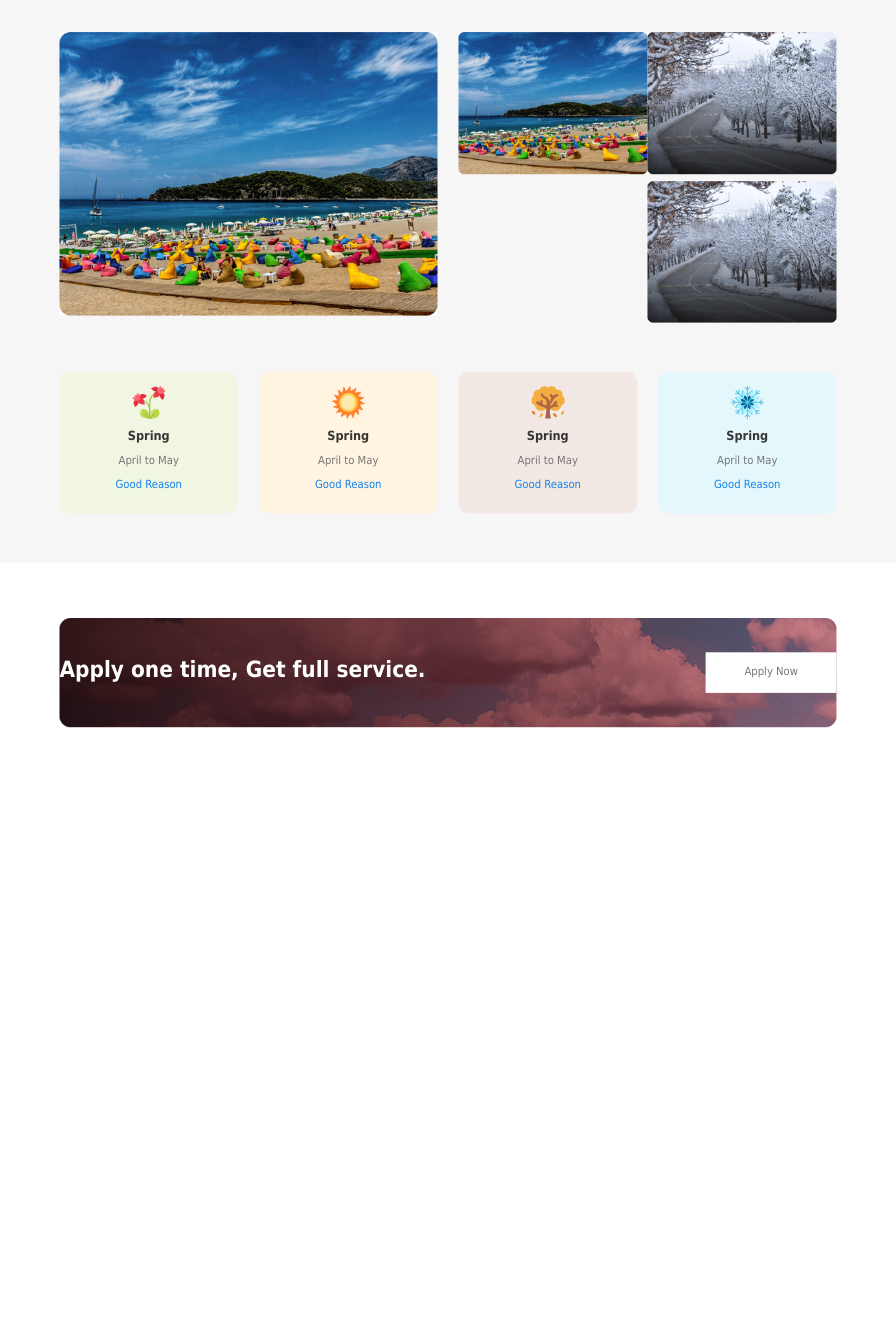
Repository: cvminhquan/turkey
Page: index.html
The author's editor kept a copy of each file at every save. The page is drawn from the files as they stood at one save, then again after the next save.
The browser window is 1280 px wide. The pictures show the part of the page from y = 3007 to 4927 px (the page is 30000 px tall), at 70% of full size.
The style sheet was rebuilt from its Sass, Less or Tailwind sources for each picture, by a compiler version that may differ from the author's.

Above is the page before, as saved 2022-09-15 23:04:37.

After the next save:
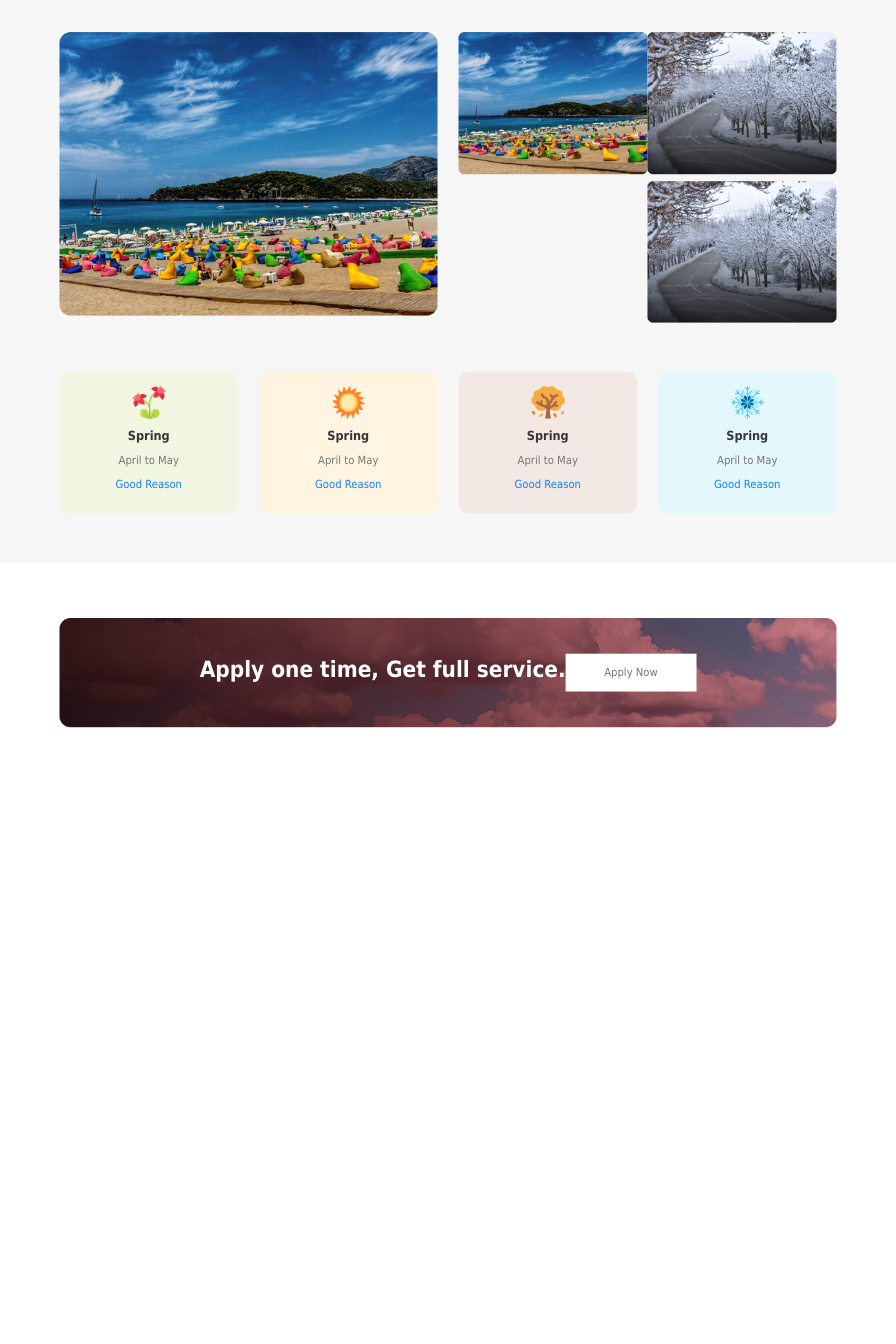
Saved 2 min 27 s later.
--- a/index.html
+++ b/index.html
@@ -244,7 +244,7 @@
         <section id="whychooseus" class="whychooseus">
             <div>
                 <div class="container">
-                    <div class="ad-infor d-flex justify-content-between">
+                    <div class="ad-infor d-flex text-center align-items-center justify-content-center">
                         <p class="text-center ad-infor-title">Apply one time, Get full service.</p>
                         <a href="" class="apply">Apply Now</a>
                     </div>
